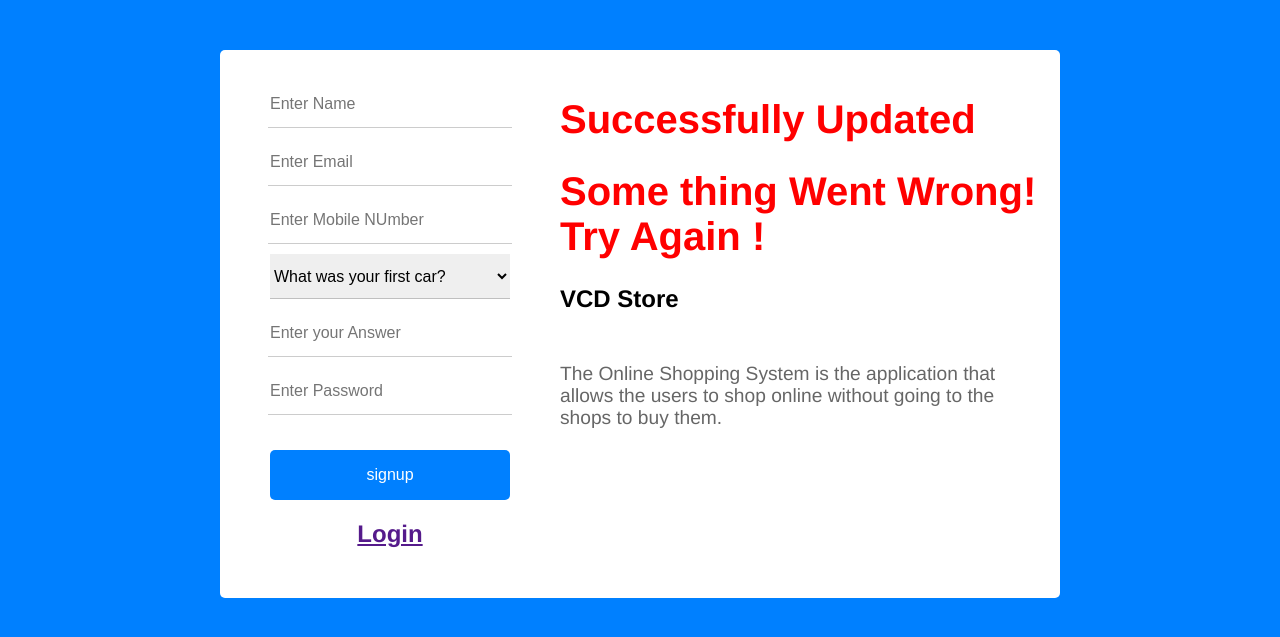
Repository: 0ritik0/Online_VCDS
Page: http://localhost/Online_VCDSystem/signup.jsp
These files come from the project's save history. The page is drawn as it stood at one moment and after the next save; the edit follows.
The browser window is 1280 px wide. The pictures show the whole page.
The page is served by Tomcat 9.

Above is the page before, as saved 2022-04-12 07:42:11.

After the next save:
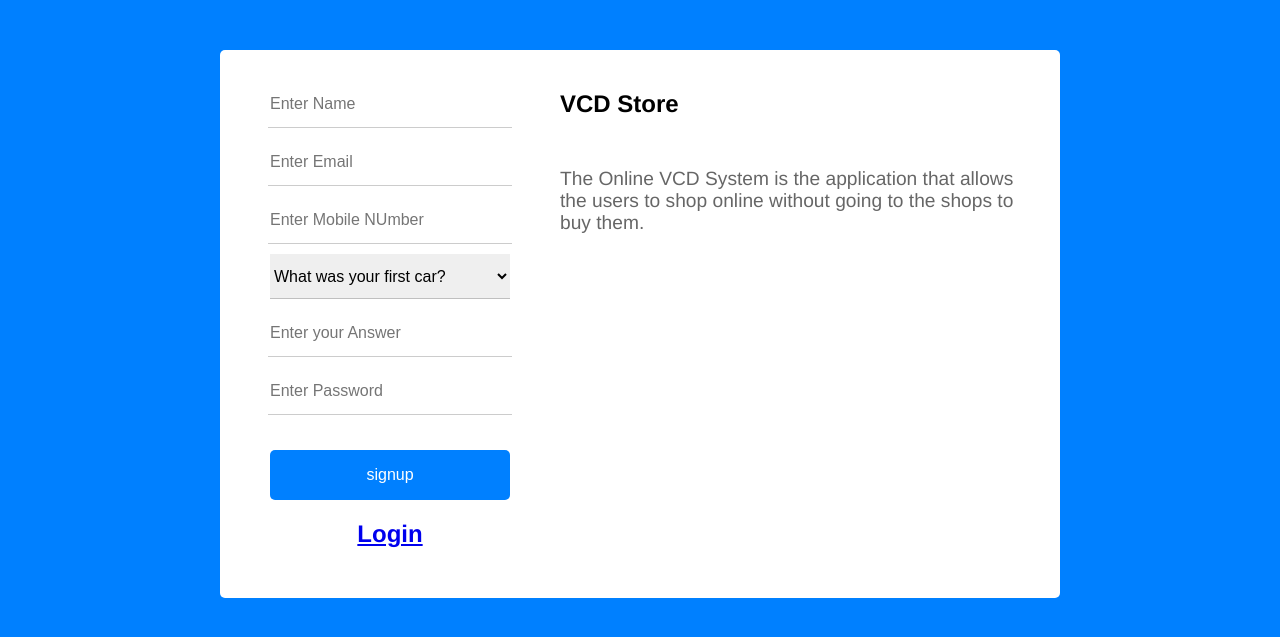
Saved 29 s later.
--- a/Online_VCDSystem/Online_VCDSystem/WebContent/signup.jsp
+++ b/Online_VCDSystem/Online_VCDSystem/WebContent/signup.jsp
@@ -7,7 +7,7 @@
 <body>
 <div id='container'>
   <div class='signup'>
-    <form action="" method="post">
+    <form action="signupAction.jsp" method="post">
     <input type="text" name="name" placeholder="Enter Name" required>
     <input type="email" name="email" placeholder="Enter Email" required>
     <input type="number" name="mobilenumber" placeholder="Enter Mobile NUmber" required>
@@ -27,17 +27,26 @@
 
 
     </form>
-      <h2><a href="">Login</a></h2>
+      <h2><a href="login.jsp">Login</a></h2>
   </div>
   <div class='whysign'>
+  <%
+  String msg=request.getParameter("msg");
+  if("valid".equals(msg))
+  {
+  %>
 
 <h1>Successfully Updated</h1>
-
-
+<% } %>
+<%
+if("invalid".equals(msg))
+{
+%>
 <h1>Some thing Went Wrong! Try Again !</h1>
+<% } %>
 
     <h2>VCD Store</h2>
-    <p>The Online Shopping System is the application that allows the users to shop online without going to the shops to buy them.</p>
+    <p>The Online VCD System is the application that allows the users to shop online without going to the shops to buy them.</p>
   </div>
 </div>
 
